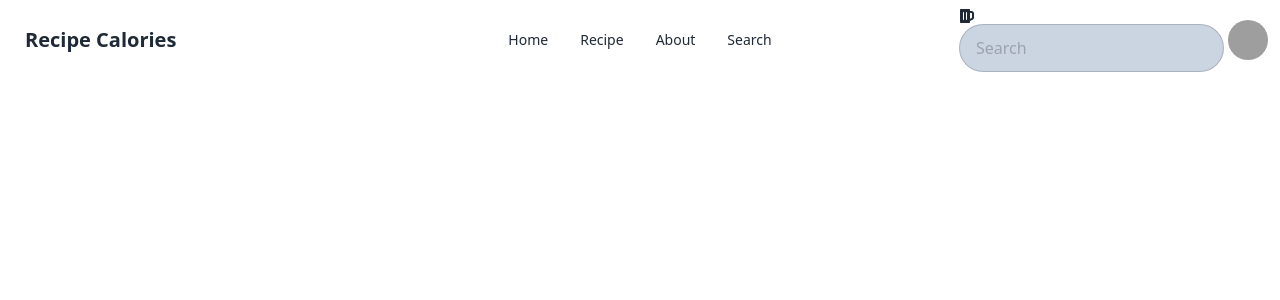
Repository: RudrasahaDibos/Chefs-table
Page: /
An editor plug-in stored every save of this project. The page is shown before and after the next save, followed by the edit.
The browser window is 1280 px wide. The pictures show the whole page.
Pictures or frames that could not be fetched are drawn as grey boxes. The project was rebuilt for these pictures with package versions that can differ from the ones it lists, and the page was loaded fresh each time. Also part of the build but not shown: vite.config.js, src/App.css.

Above is the page before, as saved 2024-12-18 21:15:09.

After the next save:
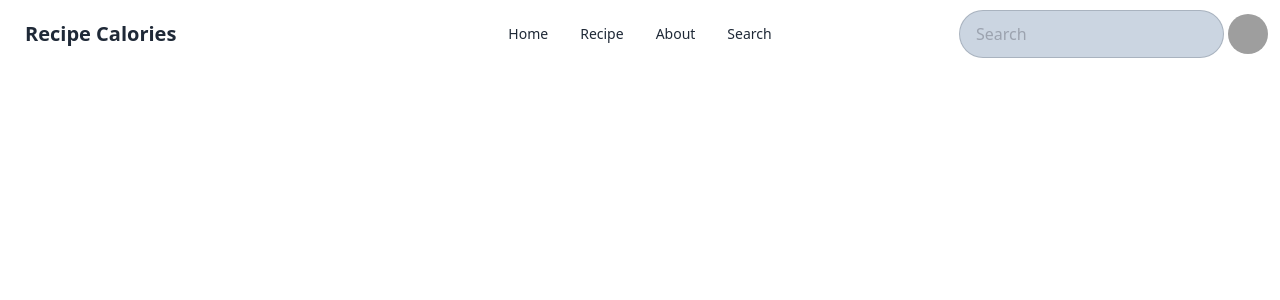
Saved 8 s later.
--- a/src/Component/Header/Header.jsx
+++ b/src/Component/Header/Header.jsx
@@ -40,7 +40,7 @@ const Header = () => {
   </div>
   <div className="navbar-end ">
   <div className="form-control ">
-          <FaBeer>    </FaBeer >
+
           <input type="text" placeholder="Search" className="input bg-slate-300 text-black rounded-full input-bordered w-24 md:w-auto"   />
 
     </div>
